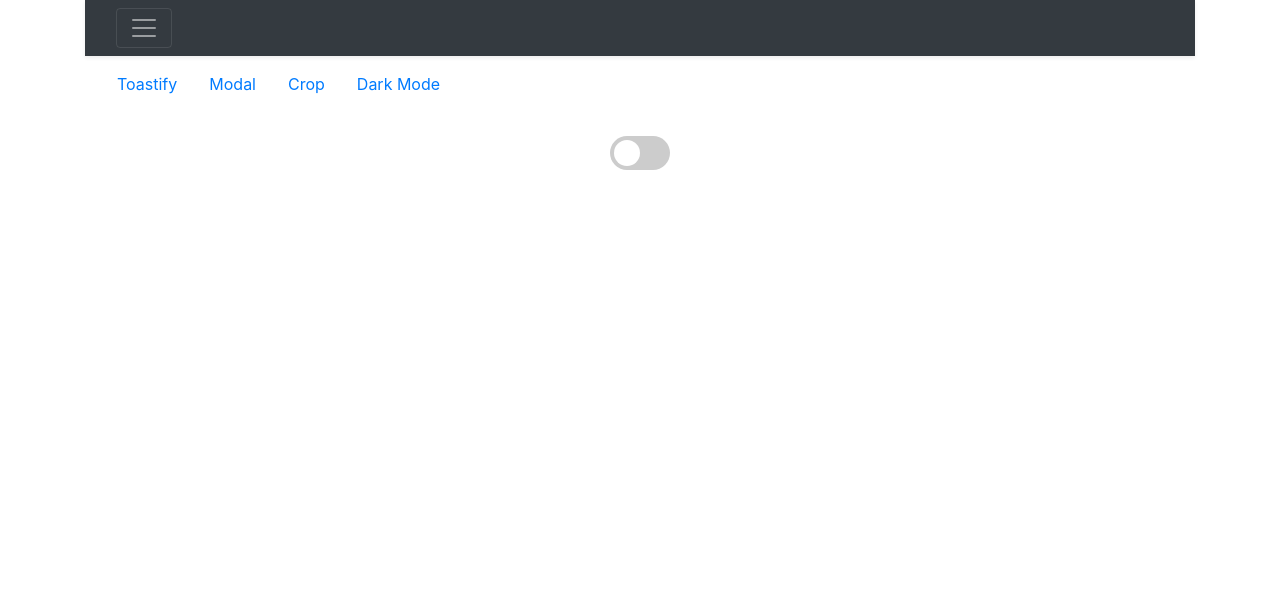
Repository: shankaraswal/react-multiple-ex
Page: /dark
An editor plug-in stored every save of this project. The page is shown before and after a run of saves, followed by the edit.
The browser window is 1280 px wide. The pictures show the whole page.
The project was rebuilt for these pictures with package versions that can differ from the ones it lists, and the page was loaded fresh each time. Also part of the build but not shown: src/components/Toastify/Toastify.js, src/components/ModalPop/ModalPop.js.

Above is the page before, as saved 2020-02-04 19:07:48.

After the next 2 saves:
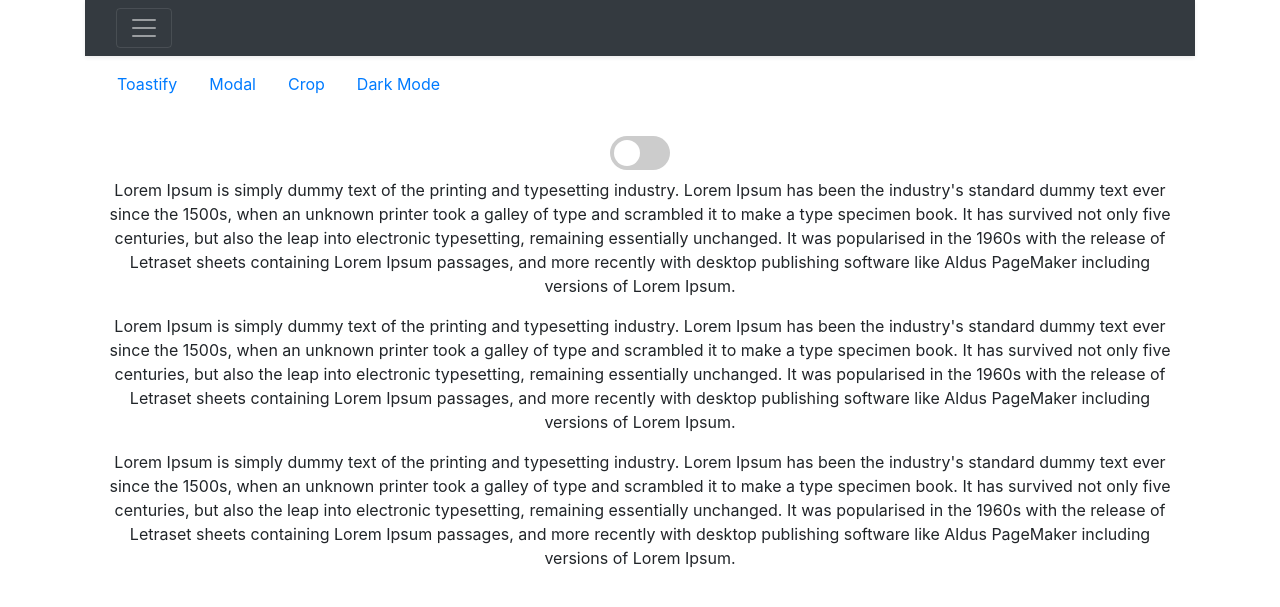
The 2 saves are shown as one change because they came seconds apart.
The last was saved 58 s later.
--- a/src/components/DarkMode/DarkMode.js
+++ b/src/components/DarkMode/DarkMode.js
@@ -1,5 +1,6 @@
 import React, { useState, useEffect} from 'react'
 import './DarkMode.css'
+import CopyArea from '../common/CopyArea'
 
 function DarkMode() {
   const [dark, setDark] = useState(false);
@@ -9,7 +10,8 @@ function DarkMode() {
       <label className="switch">
         <input type="checkbox" onChange={()=>(setDark(!dark))} />
       <span className="slider round"></span>
-    </label>
+      </label>
+      <CopyArea />
     </div>
   )
 }
